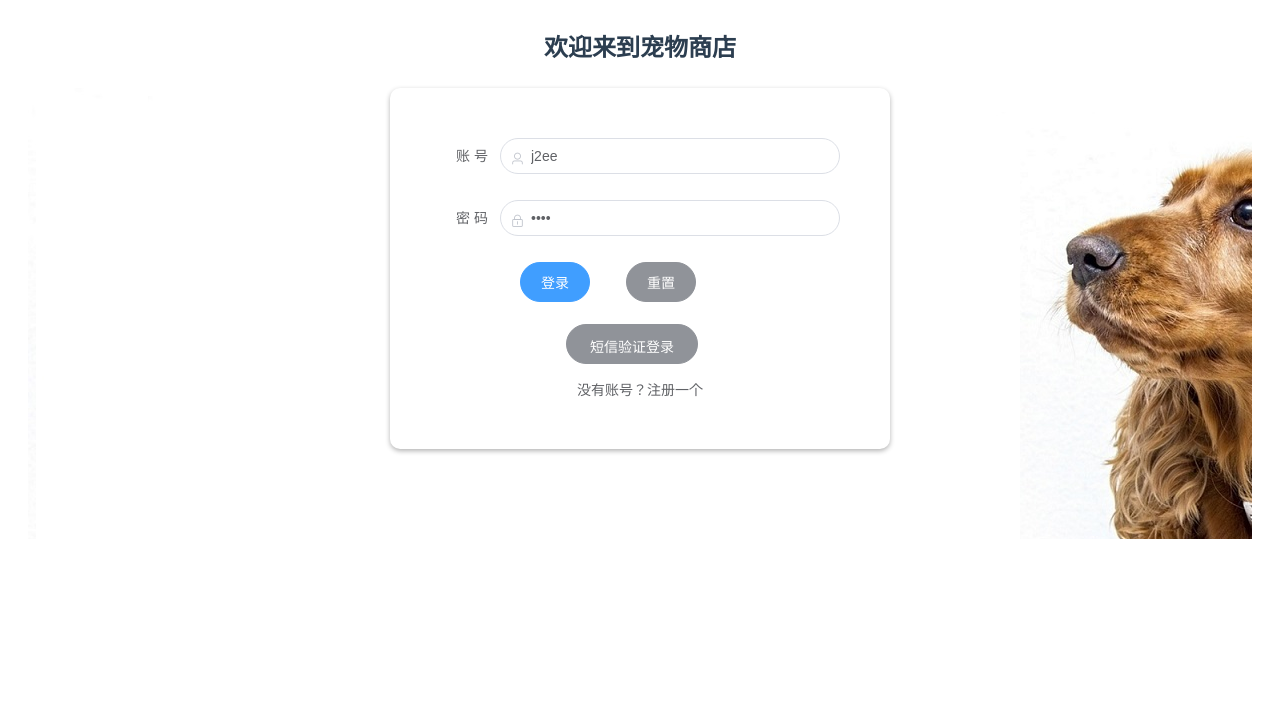
Repository: BreezeDoudou/hellovue
Page: /
An editor plug-in stored every save of this project. The page is shown before and after the next save, followed by the edit.
The browser window is 1280 px wide. The pictures show the whole page.
The project was rebuilt for these pictures with package versions that can differ from the ones it lists, and the page was loaded fresh each time. Also part of the build but not shown: src/components/appcomonents/test.vue, src/views/index.vue, src/components/appcomonents/navbar.vue, src/components/HelloWorld.vue, src/components/account/selfaccount.vue, src/components/account/editForm.vue, src/components/appcomonents/main.vue, src/components/appcomonents/productForm.vue and 4 more. Imported but missing from the stored project, and not drawn on this page: src/components/appcomonents/menu.vue.

Above is the page before, as saved 2023-05-18 23:44:59.

### index.html
<!DOCTYPE html>
<html>
  <head>
    <meta charset="utf-8">
    <meta name="viewport" content="width=device-width,initial-scale=1.0">
    <title>hellovue</title>
  </head>
  <body>
    <div id="app"></div>
    <!-- built files will be auto injected -->
  </body>
</html>

### src/main.js
// The Vue build version to load with the `import` command
// (runtime-only or standalone) has been set in webpack.base.conf with an alias.
import Vue from 'vue';
import ElementUI from 'element-ui';
import 'element-ui/lib/theme-chalk/index.css';
import App from './App.vue';
import router from './router'
import axios from 'axios'
Vue.use(ElementUI);

axios.defaults.baseURL='http://localhost:8080'
axios.defaults.withCredentials='true'

Vue.prototype.$http =axios
Vue.prototype.$userid =''
new Vue({
  el: '#app',
  router,
  template: '<App/>',
  components: { App }
});

### src/App.vue
<template>
  <div id="app">

    <el-container>
  <el-header><h2>欢迎来到宠物商店</h2>
     </el-header>
  <el-main><router-view></router-view></el-main>
</el-container>
    <!-- 路由占位符 -->


  </div>
</template>

<script>
import login from './components/account/login.vue'
import Views from './views/index.vue';
import navbar from './components/appcomonents/navbar.vue'
import menu from './components/appcomonents/menu.vue';
export default {
    name: "App",
    components: { Views ,navbar,login,menu}
}
</script>

<style>
#app {
  font-family: 'Avenir', Helvetica, Arial, sans-serif;
  -webkit-font-smoothing: antialiased;
  -moz-osx-font-smoothing: grayscale;
  text-align: center;
  color: #2c3e50;
  margin-top: 0px;
}
</style>

### src/router/index.js
import Vue from 'vue'
import Router from 'vue-router'
import login from '../components/account/login.vue'
import HelloWorld from '../components/HelloWorld.vue'
import register from '../components/account/register.vue'
import phone from '../components/account/loginbyphone.vue'
import index from '../views/index.vue'
import test from '../components/appcomonents/test.vue'
import selfaccount from '../components/account/selfaccount.vue'
import editForm from '../components/account/editForm.vue'
import main from '../components/appcomonents/main.vue'
import productForm from '../components/appcomonents/productForm.vue'
import itemForm from '../components/appcomonents/itemForm.vue'
import test1 from '../components/account/test1.vue'
import cart from '../components/appcomonents/cart.vue'
import order from '../components/appcomonents/order.vue'
Vue.use(Router)

export default new Router({
  mode: 'history',
  routes: [

    {

      path: '/hello',
      component: HelloWorld
    },
    {
      path: '/',
      component: login,
    },
    {
      path: '/phone',
      component: phone,
    },
    {
      path: '/register',
      component: register
    },
    {
      path:'/test',
      component:test
    },
    {
      path:'/test1',
      component:test1
    },
    {
      path:'/index',
      component:index,
      children:[
        {
          path:'/',
          component:main
        },
        {
          path:'/selfaccount',
          component:selfaccount
        },
        {
          path:'/edit',
          component:editForm
        },
        {
          path:'/productForm',
          component:productForm,
        },
        {
          path:'/itemForm',
          component:itemForm
        },
         {
          path:'/cart',
          component:cart
         },
         {
          path:'/order',
          component:order
         }
      ]
    }

  ]

})

### src/components/account/login.vue
<template>
<div id="background">
  <el-form :model="ruleForm" :rules="rules" ref="ruleForm" label-width="60px"  hide-required-asterisk size="medium"
     validate-on-rule-change>
    <el-form-item label="账  号" prop="username">
     <el-input v-model="ruleForm.username" prefix-icon="el-icon-user" ></el-input>
    </el-form-item>
    <el-form-item label="密  码" prop="password">
     <el-input v-model="ruleForm.password" prefix-icon= "el-icon-lock" type="password"></el-input>
    </el-form-item>
    <el-form-item id="button1">
        <el-button type="primary" round @click="onSubmit" >登录</el-button>
        <el-button type="info" round @click="resetForm">重置</el-button>
  </el-form-item>
  <el-button type="info" round @click="change">短信验证登录</el-button>
  <el-link href="/register" target="_blank">没有账号？注册一个</el-link>
  </el-form>
  <br>
  <br>
  <br>
  <br>
  <br>
</div>

</template>
  <script>

    export default {
      data() {
        return {
            ruleForm: {
            username:'j2ee',
            password:'j2ee'

          },
          rules: {
          username: [
            { required: true, message: '请输入用户名', trigger: 'blur' },
            { min: 4, max: 10, message: '长度在 4 到 10 个字符', trigger: 'blur' }
          ],
          password: [
            { required: true, message: '密码不能为空', trigger: 'blur'}
          ],

        }
        }

      },
      methods: {
         resetForm(){
            console.log(this);
            this.$nextTick(() => {
        this.$refs['ruleForm'].resetFields();
      })
         },

        onSubmit() {
            this.$refs['ruleForm'].validate(async vali=>{
                if(!vali)return;
              const result= await this.$http.post('/Account',this.ruleForm);
              console.log(result.data)
              if(result.data.status!=0) this.$message({
          message: '账号或密码错误',
          type: 'warning'})
             else {this.$message({
          message: '登陆成功',
          type: 'success'})
          console.log(result.data.data.userid)
          this.$userid = result.data.data.userid;
          this.$router.push('/index?userid='+result.data.data.userid)

             }


            })
      },
      change(){
        this.$router.push('/phone')
      }

    }
}
  </script>
  <style>
.el-form {
    max-width: 400px;
    margin: 0 auto;
    padding: 50px;
    background-color: #fff;
    border-radius: 10px;
    box-shadow: 0 2px 5px rgba(0, 0, 0, 0.3);
  }

  /* 设置表单项之间的间距 */
  .el-form-item {
    margin-bottom: 30 px;
  }

  /* 利用 !important 强制更改样式的圆角为 20px */
  .el-input__inner,
  .el-button {
    border-radius: 20px !important;
  }

  /* 设置登录按钮样式 */
  .el-button[type="primary"] {
    width: 100%;
    height: 40px;
    border: none;
    margin-top: 30px;
    background-color: #1189FF;
  }

  /* 设置注册链接的样式 */
  .el-link {
    margin-top: 15px;
    display: block;
    text-align: center;
    color: #999;
  }

  /* 设置短信登录按钮的样式 */
  .el-button[type="info"] {
    height: 40px;
    margin-right: 10px;
  }

  .el-form-item.is-required:first-child .el-form-item__label {
    display: inline-block;
  }


  /* flex布局 */
  .el-form-item__content {
    display: flex;
    justify-content: space-between;
    align-items: center;
  }

  /* 调整input的宽度 */
  #authcode {
    width: 100%;
  }

  /* 设置发送验证码按钮位置 */
  .el-form-item__content .el-button {
    margin-left: 20px; /* 根据需要更改间距 */
  }

  #button1{
    display: flex;
  }

  #background{
    background-image: url("~@/assets/background.jpg");
}
</style>

### src/components/account/register.vue
<template>
    <el-form :model="registerForm" :rules="rules" ref="registerForm" label-width="100px" size="medium"
        validate-on-rule-change hide-required-asterisk status-icon>
        <h1>注册你的账号</h1>
        <el-form-item label="账  号" prop="userid">
            <el-input v-model="registerForm.userid" prefix-icon="el-icon-user"></el-input>
        </el-form-item>
        <el-form-item label="密码" prop="password">
            <el-input v-model="registerForm.password"></el-input>
        </el-form-item>
        <el-form-item label="重复密码" prop="repetpassword">
            <el-input v-model="registerForm.repetpassword"></el-input>
        </el-form-item>
        <el-form-item label="邮箱" prop="email">
            <el-input v-model="registerForm.email"></el-input>
            <el-button type="primary" @click="send">发送验证码</el-button>
        </el-form-item>
        <el-form-item label="邮箱验证码" prop="authcode">
            <el-input v-model="registerForm.authcode"></el-input>
        </el-form-item>
        <el-form-item label="手机号" prop="phone">
            <el-input v-model="registerForm.phone"></el-input>
        </el-form-item>
        <el-form-item label="姓" prop="firstname">
            <el-input v-model="registerForm.firstname"></el-input>
        </el-form-item>
        <el-form-item label="名" prop="lastname">
            <el-input v-model="registerForm.lastname"></el-input>
        </el-form-item>
        <el-form-item label="地址一" prop="addr1">
            <el-input v-model="registerForm.addr1"></el-input>
        </el-form-item>
        <el-form-item label="地址二" prop="addr2">
            <el-input v-model="registerForm.addr2"></el-input>
        </el-form-item>
        <el-form-item label="城市" prop="city">
            <el-input v-model="registerForm.city"></el-input>
        </el-form-item>
        <el-form-item label="区域" prop="state">
            <el-input v-model="registerForm.state"></el-input>
        </el-form-item>
        <el-form-item label="是否为管理员" prop="status">
            <el-input v-model="registerForm.status"></el-input>
        </el-form-item>
        <el-form-item label="地区编号" prop="zip">
            <el-input v-model="registerForm.zip"></el-input>
        </el-form-item>
        <el-form-item label="国家" prop="country">
            <el-input v-model="registerForm.country"></el-input>
        </el-form-item>
        <el-form-item>
            <el-button type="primary" @click="onSubmit">立即创建</el-button>
            <el-button @click="back">返回登陆</el-button>
        </el-form-item>
    </el-form>
</template>

<script>
export default {
    data() {var validatePass2 = (rule, value, callback) => {
            if (value === '') {
                callback(new Error('请再次输入密码'));
            } else if (value !== this.registerForm.password) {
                callback(new Error('两次输入密码不一致!'));
            } else {
                callback();
            }
        };
        var validateUserid = (rule, value, callback) => {
            if (value === '') { callback(new Error('请输入账号')) }
            else {
                this.$http.get('/isAccountExit', {
                    params: {
                        account: value
                    }}).then(
                        success => {
                            console.log(success.data)
                            if(success.data.data==='账号已存在'){
                                callback(new Error('账号此存在'))
                            }
                            else{
                                callback()
                            }
                        }
                    )

            }

        };
        return {
            registerForm: {
                userid: 'test',
                password: 'test',
                lastname: 'test',
                email: '2210530985@qq.com',
                authcode: '4455',
                authcode_1: 'test',
                firstname: 'test',
                state: 'test',
                status: 'ok',
                repetpassword: 'test',
                city: 'test',
                country: 'test',
                zip: 'test',
                phone: '18710413658',
                addr1: 'test',
                addr2: 'test'
            },
            rules: {
                userid: [
                    {
                        validator: validateUserid, trigger: 'blur'
                    }
                ],

                phone: [
                    { required: true, message: '请输入手机号', trigger: 'blur' },
                    { min: 11, max: 11, message: '请输入正确的手机号', trigger: 'blur' }
                ],
                password: [
                    { required: true, message: '密码不能为空', trigger: 'blur' }
                ],
                lastname: [
                    { required: true, message: '名不能为空', trigger: 'blur' },
                ],
                email: [
                    { required: true, message: '邮箱不能为空', trigger: 'blur' },
                    { type: 'email', message: '请输入正确的邮箱地址', trigger: ['blur', 'change'] }
                ],
                authcode: [
                    { required: true, message: '验证码不能为空', trigger: 'blur' },
                ],
                firstname: [
                    { required: true, message: '姓氏不能为空', trigger: 'blur' },
                ], state: [
                    { required: true, message: '州不能为空', trigger: 'blur' },
                ], status: [
                    { required: true, message: '权限不能为空', trigger: 'blur' },
                ],
                country: [
                    { required: true, message: '国家不能为空', trigger: 'blur' },
                ],
                repetpassword: [
                    {
                        validator: validatePass2, trigger: 'blur'
                    }
                ]


            }
        };




    },
    methods: {
        onSubmit() {
            console.log(this.registerForm);
            this.$refs['registerForm'].validate(async vali=>{
             if(!vali)
               return;
               const result =await this.$http.post('/newAccount',this.registerForm,{
                params:{
                    authcode:this.registerForm.authcode,
                    password:this.registerForm.password
                }
               })
               console.log(result.data)
        })
    },
        back() {
            this.$router.push('/')
        },
        resetForm() {

            this.$nextTick(() => {
                this.$refs['registerForm'].resetFields();
            })
        },
        send(){
             if(this.registerForm.email!=''){
                this.$http.get('/email',{
                    params:{
                        email:this.registerForm.email}
                    }).then(
                        success=>{console.log(success.data),
                        this.$message({ message: '发送成功',
                            type: 'success'})}

                    )
                }
             }
        }
    }

</script>

<style>
/* 注册表单样式 */
.el-form {
  width: 600px;
  margin: 50px auto;
  padding: 30px;
  border-radius: 8px;
  box-shadow: 0 5px 20px rgba(0, 0, 0, 0.2);
  background-color: #ffffff;
}

/* 表单标题样式 */
.el-form h1 {
  margin-bottom: 18px;
  font-size: 24px;
  font-weight: bold;
}

/* 表单输入控件样式 */
.el-input {
  width: 100%;
  height: 40px;
  border-radius: 4px;
  font-size: 14px;
  line-height: 1.5;
}

/* 输入框prefix-icon样式 */
.el-input__prefix {
  color: #c0c4cc;
}

/* 发送验证码按钮样式 */
.el-button--primary {
  margin-left: 12px;
  height: 40px;
  line-height: 38px;
  font-size: 14px;
}

/* 按钮样式 */
.el-button {
  height: 40px;
  line-height: 20px;
  font-size: 14px;
  margin-right: 16px;
  border-radius: 4px;
}

/* 返回链接样式 */
.el-form-item__content > a {
  color: #409eff;
  font-size: 14px;
}

/* 错误提示样式 */
.el-form-item__error {
  font-size: 14px;
  color: #f56c6c;
}

/* 验证成功图标样式 */
.el-icon-check {
  color: #67c23a;
}

/* 验证失败图标样式 */
.el-icon-close {
  color: #f56c6c;
}

.el-form-item__content {
  display: flex;
  align-items: center;
}

.el-input {
  flex: 1; /* 占据剩余空间 */
}

.el-button--primary {
  margin-left: 10px;
}
</style>

### src/components/account/loginbyphone.vue
<template>
    <el-form :model="ruleForm" :rules="rules" ref="ruleForm" label-width="60px" hide-required-asterisk size="medium"
        validate-on-rule-change>
        <el-form-item label="手机号" prop="phone">
            <el-input v-model="ruleForm.phone" prefix-icon="el-icon-phone"></el-input>
        </el-form-item>
        <el-form-item label="验证码" prop="authcode">
            <el-input v-model="ruleForm.authcode" prefix-icon="el-icon-s-promotion" id="authcode"></el-input>
            <el-button type="primary" round @click="send" size="small">发送验证码</el-button>
        </el-form-item>
        <el-form-item id="button1">
            <el-button type="primary" round @click="onSubmit">登录</el-button>
            <el-button type="info" round @click="resetForm">重置</el-button>
        </el-form-item>
        <el-button type="info" round @click="change">账号密码登录</el-button>
        <el-link href="/register" target="_blank">没有账号？注册一个</el-link>
    </el-form>
</template>
<script>

export default {
    data() {
        return {
            ruleForm: {
                phone: '18710413658',
                authcode: '',
                authcode_1: ''
            },
            rules: {
                phone: [
                    { required: true, message: '请输入手机号', trigger: 'blur' },
                    { min: 11, max: 11, message: '请输入正确的手机号', trigger: 'blur' }
                ],
                password: [
                    { required: true, message: '验证码不能为空', trigger: 'blur' },
                    { min: 4, max: 4, message: '请输入正确的验证码', trigger: 'blur' }
                ],

            }
        }

    },
    methods: {
        resetForm() {
            console.log(this);
            this.$nextTick(() => {
                this.$refs['ruleForm'].resetFields();
            })
        },

        onSubmit() {
            this.$refs['ruleForm'].validate(async vali => {
                if (!vali) return;
                const result = await this.$http.get('/Phone', {
                    params: {
                        Phone: this.ruleForm.phone,
                        Authcode: this.ruleForm.authcode
                    }
                });
                console.log(result.data)
                if (result.data.status != 0) this.$message({
                    message: '验证码错误',
                    type: 'warning'
                })
                else this.$message({
                    message: '登陆成功',
                    type: 'success'
                })
            })
        },

        change() {
            this.$router.push('/')
        },
        send() {
            if (this.ruleForm.phone != '' && this.ruleForm.phone.length == 11) {
                this.$http.get('/message', {
                    params: {
                        Phone: this.ruleForm.phone
                    }
                }).then(
                    succuess => {
                        console.log(succuess.data)
                        this.ruleForm.authcode_1 = 3344
                        this.$message({
                            message: '发送成功',
                            type: 'success'
                        })
                    }
                )

            }

        }


    }
}
</script>
<style>
.el-form {
    max-width: 400px;
    margin: 0 auto;
    padding: 50px;
    background-color: #fff;
    border-radius: 10px;
    box-shadow: 0 2px 5px rgba(0, 0, 0, 0.3);
  }

  /* 设置表单项之间的间距 */
  .el-form-item {
    margin-bottom: 30 px;
  }

  /* 利用 !important 强制更改样式的圆角为 20px */
  .el-input__inner,
  .el-button {
    border-radius: 20px !important;
  }

  /* 设置登录按钮样式 */
  .el-button[type="primary"] {
    width: 100%;
    height: 40px;
    border: none;
    margin-top: 30px;
    background-color: #1189FF;
  }

  /* 设置注册链接的样式 */
  .el-link {
    margin-top: 15px;
    display: block;
    text-align: center;
    color: #999;
  }

  /* 设置短信登录按钮的样式 */
  .el-button[type="info"] {
    height: 40px;
    margin-right: 10px;
  }

  .el-form-item.is-required:first-child .el-form-item__label {
    display: inline-block;
  }

  /* flex布局 */
  .el-form-item__content {
    display: flex;
    justify-content: space-between;
    align-items: center;
  }

  /* 调整input的宽度 */
  #authcode {
    width: 100%;
  }

  /* 设置发送验证码按钮位置 */
  .el-form-item__content .el-button {
    margin-left: 20px; /* 根据需要更改间距 */
  }

  #button1{
    display: flex;
    align-items: center;
  }
</style>

After the next save:
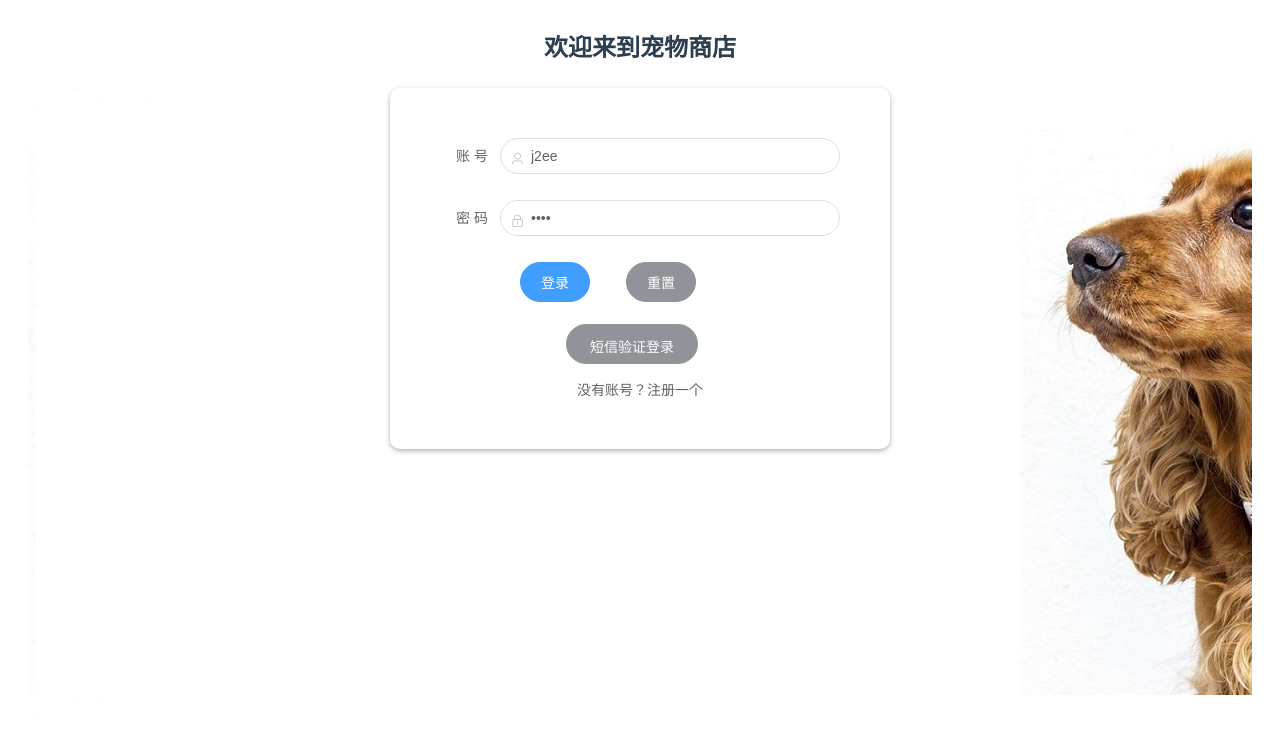
Saved 14 s later.
--- a/src/components/account/login.vue
+++ b/src/components/account/login.vue
@@ -15,6 +15,16 @@
   <el-button type="info" round @click="change">短信验证登录</el-button>
   <el-link href="/register" target="_blank">没有账号？注册一个</el-link>
   </el-form>
+  <br>
+  <br>
+  <br>
+  <br>
+  <br>
+  <br>
+  <br>
+  <br>
+  <br>
+  <br>
   <br>
   <br>
   <br>
